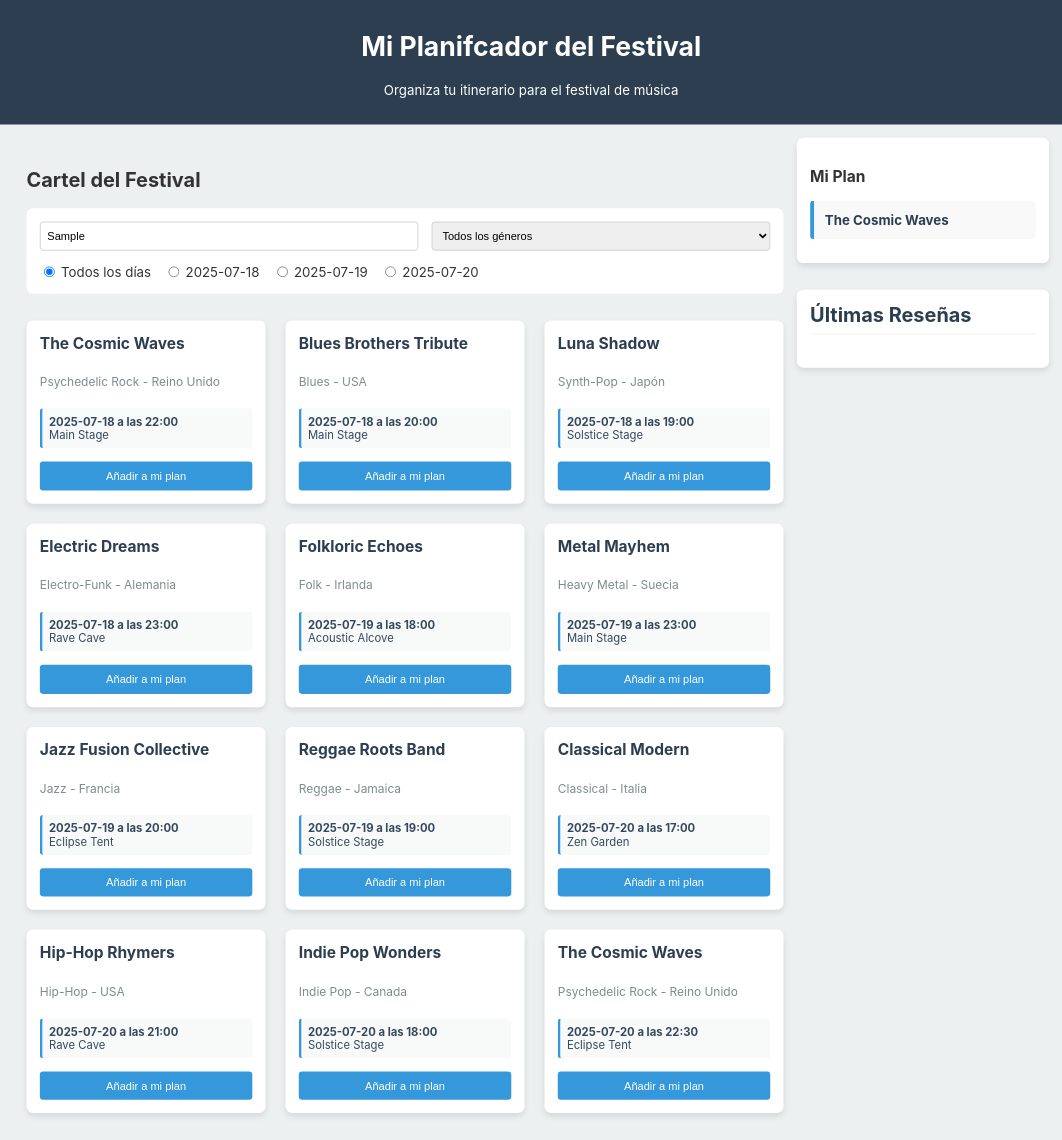
Repository: rotoforze/DWEC
Page: 2_examen_alexBernardos/index.html
These files come from the project's save history. The page is drawn as it stood at one moment and after the next save; the edit follows.
The browser window is 1280 px wide. The pictures show the whole page, at 83% of full size.
Empty fields were first filled with sample values (such as "Sample", 5 or name@example.com).
After loading, the first visible `button.add-to-plan` was clicked once.

Above is the page before, as saved 2025-12-12 12:22:07.

### 2_examen_alexBernardos/index.html
<!DOCTYPE html>
<html lang="es">
<head>
    <meta charset="UTF-8">
    <meta name="viewport" content="width=device-width, initial-scale=1.0">
    <title>Festival</title>
    <link rel="stylesheet" href="css/style.css">
</head>
<body>
    <!-- Encabezado principal de la aplicación -->
    <header>
        <h1>Mi Planifcador del Festival</h1>
        <p>Organiza tu itinerario para el festival de música</p>
    </header>

    <!-- Contenedor principal de la aplicación: organiza el dashboard y la columna derecha -->
    <div class="container">
        <!-- Sección principal del dashboard: muestra el cartel del festival y los filtros -->
        <main id="dashboard">
            <h2>Cartel del Festival</h2>
            <!-- Formulario de filtros para buscar y categorizar artistas -->
            <form id="filter-form">
                <input type="text" id="search-name" placeholder="Buscar por nombre...">
                <select id="filter-genre">
                    <option value="">Todos los géneros</option>
                    <!-- Las opciones de género se cargarán aquí dinámicamente mediante JavaScript -->
                </select>
                <div id="filter-day" class="radio-group">
                    <label><input type="radio" name="day" value="" checked> Todos los días</label>
                    <!-- Las opciones de día se cargarán aquí dinámicamente mediante JavaScript -->
                </div>
            </form>
            <!-- Contenedor donde se mostrarán las tarjetas de los artistas filtrados -->
            <div id="artist-list" class="grid-container">
                <!-- Las tarjetas de artistas se insertarán aquí por JavaScript -->
            </div>
        </main>

        <!-- Columna lateral derecha: contiene el plan del usuario y las reseñas -->
        <div class="right-column">
            <!-- Sección para el plan personalizado del usuario -->
            <aside id="my-plan-container">
                <h3>Mi Plan</h3>
                <!-- Lista donde se añadirán las actuaciones seleccionadas por el usuario -->
                <ul id="plan-list">
                    <!-- Las actuaciones añadidas aparecerán aquí por JavaScript -->
                </ul>
            </aside>
            <!-- Sección para mostrar las reseñas de los artistas -->
            <section id="reviews-section">
                <h2>Últimas Reseñas</h2>
                <!-- Contenedor donde se mostrarán las tarjetas de las reseñas -->
                <div id="reviews-list">
                    <!-- Las reseñas se insertarán aquí por JavaScript -->
                </div>
            </section>
        </div>
    </div>

    <!-- Modal para el formulario de reseña (inicialmente oculto) -->
    <div id="review-modal" class="modal-overlay" style="display: none;">
        <div class="modal-content">
            <button class="close-modal">&times;</button>
            <h3 id="modal-artist-name">Dejar reseña para...</h3>
            <!-- Formulario de reseña del artista. La validación se realiza en el cliente. -->
            <form id="review-form" novalidate>
                <div class="form-group">
                    <label>Calificación:</label>
                    <div class="star-rating">
                        <!-- Campos de radio para la calificación por estrellas (5 a 1) -->
                        <input type="radio" id="star5" name="rating" value="5" required><label for="star5" title="5 stars">★</label>
                        <input type="radio" id="star4" name="rating" value="4"><label for="star4" title="4 stars">★</label>
                        <input type="radio" id="star3" name="rating" value="3"><label for="star3" title="3 stars">★</label>
                        <input type="radio" id="star2" name="rating" value="2"><label for="star2" title="2 stars">★</label>
                        <input type="radio" id="star1" name="rating" value="1"><label for="star1" title="1 star">★</label>
                    </div>
                    <span class="error-message"></span>
                </div>
                <div class="form-group">
                    <label for="comment">Comentario:</label>
                    <textarea id="comment" name="comment" rows="4" minlength="15" required></textarea>
                    <span class="error-message"></span>
                </div>
                <div class="form-group">
                    <label for="email">Email:</label>
                    <input type="email" id="email" name="email" required>
                    <span class="error-message"></span>
                </div>
                <button type="submit">Enviar Reseña</button>
            </form>
        </div>
    </div>


    <!-- Mensaje de éxito temporal para confirmaciones de usuario (inicialmente oculto) -->
    <div id="success-message" class="success-message" style="display: none;"></div>

    <!-- Enlace al archivo JavaScript principal de la aplicación.
         El atributo 'type="module"' permite usar importaciones y exportaciones de módulos. -->
    <script src="js/main.js" type="module"></script>
</body>
</html>

### 2_examen_alexBernardos/css/style.css
/* --- GENERALES Y LAYOUT --- */
/* Este bloque define variables globales (--variable) para la paleta de colores y estilos reutilizables.
   También establece los estilos base para la página, como la fuente y la maquetación principal de dos columnas usando Flexbox. */
:root {
    --primary-color: #2c3e50;
    --secondary-color: #3498db;
    --background-color: #ecf0f1;
    --card-bg-color: #ffffff;
    --text-color: #333;
    --error-color: #e74c3c;
    --success-color: #2ecc71;
    --star-color: #f1c40f;
    --border-radius: 8px;
    --box-shadow: 0 4px 8px rgba(0, 0, 0, 0.1);
}

body {
    font-family: -apple-system, BlinkMacSystemFont, "Segoe UI", Roboto, Helvetica, Arial, sans-serif;
    margin: 0;
    background-color: var(--background-color);
    color: var(--text-color);
}

header {
    background-color: var(--primary-color);
    color: white;
    padding: 1rem 2rem;
    text-align: center;
}

.container {
    display: flex;
    flex-wrap: wrap;
    padding: 1rem;
}

main#dashboard {
    flex: 3;
    min-width: 300px;
    padding: 1rem;
}

.right-column {
    flex: 1;
    min-width: 300px;
    display: flex;
    flex-direction: column;
    gap: 2rem;
}

aside#my-plan-container {
    background-color: var(--card-bg-color);
    padding: 1rem;
    border-radius: var(--border-radius);
    box-shadow: var(--box-shadow);
}

/* --- FORMULARIO DE FILTROS --- */
/* Estilos para el formulario que permite al usuario buscar y filtrar artistas. */
#filter-form {
    display: flex;
    flex-wrap: wrap;
    gap: 1rem;
    margin-bottom: 2rem;
    background-color: var(--card-bg-color);
    padding: 1rem;
    border-radius: var(--border-radius);
}

#filter-form input[type="text"],
#filter-form select {
    padding: 0.5rem;
    border: 1px solid #ccc;
    border-radius: 4px;
    flex-grow: 1;
}

.radio-group {
    display: flex;
    gap: 1rem;
    align-items: center;
}

/* --- TARJETAS DE ARTISTAS --- */
/* Define el layout de parrilla para las tarjetas de artistas y el estilo de cada tarjeta individual,
   incluyendo efectos visuales como sombras y animaciones al pasar el ratón. */
.grid-container {
    display: grid;
    grid-template-columns: repeat(auto-fill, minmax(220px, 1fr));
    gap: 1.5rem;
}

.artist-card {
    background: var(--card-bg-color);
    border-radius: var(--border-radius);
    box-shadow: var(--box-shadow);
    padding: 1rem;
    transition: transform 0.2s, box-shadow 0.2s;
    display: flex;
    flex-direction: column;
}

.artist-card:hover {
    transform: translateY(-5px);
    box-shadow: 0 8px 16px rgba(0, 0, 0, 0.15);
}

.artist-card h3 {
    margin-top: 0;
    color: var(--primary-color);
}

.artist-card p {
    font-size: 0.9rem;
    color: #7f8c8d;
    margin: 0.5rem 0;
}

.card-schedule-info {
    font-size: 0.85rem;
    color: #34495e;
    background-color: #f8f9f9;
    padding: 0.5rem;
    border-radius: 4px;
    margin: 1rem 0;
    border-left: 3px solid var(--secondary-color);
}

.card-schedule-info span {
    display: block;
}

.card-schedule-info span:first-child {
    font-weight: bold;
}

.artist-card button {
    background-color: var(--secondary-color);
    color: white;
    border: none;
    padding: 0.6rem 1rem;
    border-radius: 4px;
    cursor: pointer;
    width: 100%;
    margin-top: auto; /* Empuja el botón al final */
    transition: background-color 0.2s;
}

.artist-card button:hover {
    background-color: #2980b9;
}

/* --- SECCIÓN "MI PLAN" --- */
/* Estilos para la lista de actuaciones que el usuario ha seleccionado.
   Incluye el estilo de cada elemento de la lista y sus botones de acción (Eliminar, Dejar reseña). */
#plan-list {
    list-style-type: none;
    padding: 0;
    margin: 0;
}

#plan-list li {
    background-color: #f9f9f9;
    padding: 0.8rem;
    margin-bottom: 0.8rem;
    border-radius: 4px;
    border-left: 5px solid var(--secondary-color);
    position: relative;
}

#plan-list .plan-item-info strong {
    display: block;
    color: var(--primary-color);
}

#plan-list .plan-item-info span {
    font-size: 0.85rem;
    color: #7f8c8d;
}

#plan-list .plan-item-actions {
    margin-top: 0.5rem;
    display: flex;
    gap: 0.5rem;
}

.plan-item-actions button {
    font-size: 0.75rem;
    padding: 0.3rem 0.6rem;
    border-radius: 3px;
    cursor: pointer;
    border: 1px solid;
}

.btn-delete {
    border-color: var(--error-color);
    color: var(--error-color);
    background: transparent;
}
.btn-review {
    border-color: var(--secondary-color);
    color: var(--secondary-color);
    background: transparent;
}
.btn-review:disabled {
    border-color: #ccc;
    color: #ccc;
    cursor: not-allowed;
}


/* --- MODAL --- */
/* Estilos para la ventana modal que aparece superpuesta.
   Define la capa de fondo oscura y el contenedor del contenido del modal. */
.modal-overlay {
    position: fixed;
    top: 0;
    left: 0;
    width: 100%;
    height: 100%;
    background-color: rgba(0, 0, 0, 0.6);
    display: flex;
    justify-content: center;
    align-items: center;
    z-index: 1000;
}

.modal-content {
    background: white;
    padding: 2rem;
    border-radius: var(--border-radius);
    width: 90%;
    max-width: 500px;
    position: relative;
}

.close-modal {
    position: absolute;
    top: 1rem;
    right: 1rem;
    background: none;
    border: none;
    font-size: 1.5rem;
    cursor: pointer;
}

/* --- FORMULARIO DE RESEÑA --- */
/* Define los estilos para el formulario dentro del modal, incluyendo los campos de entrada,
   los mensajes de error de validación y el sistema de calificación por estrellas. */
#review-form .form-group {
    margin-bottom: 1rem;
}

#review-form label {
    display: block;
    margin-bottom: 0.3rem;
}

#review-form input,
#review-form textarea {
    width: 100%;
    padding: 0.5rem;
    border: 1px solid #ccc;
    border-radius: 4px;
    box-sizing: border-box;
}

#review-form button {
    background-color: var(--success-color);
    color: white;
    padding: 0.7rem 1.5rem;
    border: none;
    border-radius: 4px;
    cursor: pointer;
}
.error-message {
    color: var(--error-color);
    font-size: 0.8rem;
    height: 1rem;
    display: block;
}
input:invalid, textarea:invalid {
    border-color: var(--error-color);
}

/* Star Rating: Implementación de calificación por estrellas con inputs de radio y CSS. */
.star-rating {
    display: flex;
    flex-direction: row-reverse;
    justify-content: flex-end;
}

.star-rating input[type="radio"] {
    display: none;
}

.star-rating label {
    color: #ccc;
    cursor: pointer;
    font-size: 2rem;
    margin: 0;
}

.star-rating input[type="radio"]:checked ~ label,
.star-rating label:hover,
.star-rating label:hover ~ label {
    color: var(--star-color);
}

/* --- MENSAJE DE ÉXITO --- */
/* Estilos para la notificación flotante que aparece tras enviar una reseña. */
.success-message {
    position: fixed;
    bottom: 20px;
    left: 50%;
    transform: translateX(-50%);
    background-color: var(--success-color);
    color: white;
    padding: 1rem 2rem;
    border-radius: var(--border-radius);
    z-index: 1001;
    box-shadow: var(--box-shadow);
}


/* --- SECCIÓN DE RESEÑAS --- */
/* Estilos para la sección que muestra las reseñas enviadas y el formato de cada tarjeta de reseña. */
#reviews-section {
    background-color: var(--card-bg-color);
    padding: 1rem;
    border-radius: var(--border-radius);
    box-shadow: var(--box-shadow);
}

#reviews-section h2 {
    text-align: left;
    margin-top: 0;
    margin-bottom: 1.5rem;
    padding-bottom: 0.5rem;
    border-bottom: 1px solid #eee;
    color: var(--primary-color);
}

#reviews-list {
    display: flex;
    flex-direction: column;
    gap: 1rem;
}

.review-card {
    background: #f9f9f9;
    border-radius: var(--border-radius);
    padding: 1rem;
    display: flex;
    flex-direction: column;
    border-left: 5px solid var(--secondary-color);
}

.review-card h4 {
    margin: 0 0 0.5rem 0;
    color: var(--primary-color);
}

.review-card-rating {
    color: var(--star-color);
    font-size: 1.2rem;
    margin-bottom: 1rem;
}

.review-card-comment {
    font-style: italic;
    color: #555;
    margin: 0;
}


/* --- RESPONSIVE --- */
/* Contiene las Media Queries para adaptar el diseño a diferentes tamaños de pantalla,
   como apilar las columnas en dispositivos móviles. */
@media (max-width: 992px) {
    .container {
        flex-direction: column;
    }
    .right-column {
        margin-top: 2rem;
        gap: 2rem;
    }
}

### 2_examen_alexBernardos/js/main.js
// js/main.js

import { cargarDatos } from "./dataManager.js";

function init(){
    // iniciamos la app
    console.log('%c Iniciando...', "color:green;");

    cargarDatos();

}


document.addEventListener('DOMContentLoaded', init);

### 2_examen_alexBernardos/js/dataManager.js
import { addFecha, renderTarjetas } from "./renderer.js";

let horarios;
let horariosFiltrados;
let artistas;
let escenarios;
let generos = [];
let fechas = [];

/**
 * Carga los datos de los JSON, añade el contenido y pone los eventos.
 * Básicamente carga todo...
 */
export async function cargarDatos() {

    console.log('%c Cargando datos de horarios.json, artistas.json, escenarios.json.', 'color:blue;');
    // guardo los horarios
    horarios = await fetchRute("./data/horarios.json");
    // guardo los artistas
    artistas = await fetchRute("./data/artistas.json");
    // guardo los escenarios
    escenarios = await fetchRute("./data/escenarios.json");
    console.log('%c Datos de horarios.json, artistas.json, escenarios.json, cargados correctamente.', 'color:blue;');

    sacarGeneros();
    ponerGenerosEnSelect();
    ponerFechas();
    document.querySelector('#search-name').addEventListener('input', filtrar);
    filtrar();
}

/**
 * Saca los generos de los artistas y los mete en un array
 * no admite duplicados
 */
function sacarGeneros() {
    for (const artista of artistas) {
        if (!generos.includes(artista.genero)) {
            generos.push(artista.genero);
        }
    }
}

/**
 * Pone los generos en el select.
 */
function ponerGenerosEnSelect() {
    const listaGeneros = document.querySelector('#filter-genre');
    generos.map((genero, clave) => {
        listaGeneros.innerHTML += (`
            <option value="${clave}">${genero}</option>
            `);
    });
    listaGeneros.addEventListener('input', filtrar)
}
/**
 * Separa las fechas únicas y llama a addFecha para meter las fechas en el DOM
 * Después se encarga de poner los eventos.
 */
function ponerFechas() {
    for (const horario of horarios) {
        if (!fechas.includes(horario.dia)) {
            fechas.push(horario.dia);
        }
    }
    for (const fecha of fechas) {
        addFecha(fecha);
    }

    document.querySelectorAll('[name="day"]').forEach((radioBtn) => {
        radioBtn.addEventListener("click", filtrar)
    })
}

/**
 * Recibe un id de un artista y devuelve el objeto correspondiente
 *
 * @param {String} id
 * @returns {object}
 */
export function getArtista(id) {
    for (const artista of artistas) {
        if (artista.id == id) {
            return artista;
        }
    }
}

/**
 * Recibe un id de un escenario y devuelve el objeto correspondiente
 *
 * @param {String} id
 * @returns {object}
 */
export function getEscenario(id) {
    for (const escenario of escenarios) {
        if (escenario.id == id) {
            return escenario;
        }
    }
}

/**
 * Recibe un id de artista, un id de escenario y una fecha
 * y devuelve el objeto que coinicida con esas especificaciones
 *
 * @param {String} artistaId
 * @param {String} escenarioId
 * @param {String} dia
 * @returns {Object}
 */
export function getHorario(artistaId, escenarioId, dia) {
        for (const horario of horarios) {
        if (horario.artistaId == artistaId && horario.escenarioId == escenarioId
            && horario.dia == dia) {
            return horario;
        }
    }
}

/**
 * Filtra y renderiza los horarios
 */
function filtrar() {
    console.log("%c Filtrando...", "color:green;")
    horariosFiltrados = horarios;
    // filtro por fecha
    const fecha = document.querySelector("form").day.value;
    if (fecha) {
        horariosFiltrados = horariosFiltrados.filter((horario) => {
            if (horario.dia == fecha) return horario;
        });
    }
    // filtro por genero
    const generoActual = generos[document.querySelector('#filter-genre').value];
    if (generoActual) {
        horariosFiltrados = horariosFiltrados.filter((horario) => {
            if (getArtista(horario.artistaId).genero == generoActual) {
                return horario;
            }
        })
    }

    // filtro por busqueda
    const busqueda = document.querySelector('#search-name').value;
    if (busqueda) {
        console.log(busqueda)
        horariosFiltrados = horariosFiltrados.filter((horario) => {
            console.log(getArtista(horario.artistaId).nombre.toLowerCase())
            if (getArtista(horario.artistaId).nombre.toLowerCase().includes(busqueda.toLowerCase())) {
                return horario;
            }
        })
    }

    renderTarjetas(horariosFiltrados);
}

/**
 * Recibe una ruta, usando una promesa, hace un fetch y devuelve su resultado.
 *
 * @param {File} rute
 */
async function fetchRute(rute) {
    return new Promise((resolve, reject) =>
        fetch(rute)
            .then(resp => resp.json())
            .then((data) => resolve(data))
            .catch((error) => reject(error)));
}

### 2_examen_alexBernardos/js/renderer.js
import { getArtista, getEscenario, getHorario } from "./dataManager.js";
/**
 * Recibe los horarios y usando la función nuevatarjeta, los crea y añade al dom
 *
 * @param {Object} horarios
 */
export function renderTarjetas(horarios) {
    const contenedor = document.querySelector("#artist-list");
    contenedor.innerHTML = "";
    if (horarios.length == 0) {
        contenedor.innerHTML += (`<h3>No hay coincidencias para los filtros.</h3>`);

    }else {
        for (const horario of horarios) {
            contenedor.innerHTML += nuevaTarjeta(horario.artistaId, horario.dia,
                                        horario.horaInicio, horario.escenarioId);
        }
        document.querySelectorAll('.add-to-plan').forEach((btn) => {
            btn.addEventListener('click', () => {
                const horario = getHorario(btn.getAttribute('data-artistaid'),
                btn.getAttribute('data-escenarioid'), btn.getAttribute('data-fecha'));
                if (horario) {
                    addPlan(horario);
                }
            })
        });
    }
}

/**
 * Crea el contenido html con los datos recibidos y lo devuelve.
 *
 * @param {String} artistaId
 * @param {String} dia
 * @param {String} horaInicio
 * @param {String} escenarioId
 * @returns {HTMLElement}
 */
function nuevaTarjeta(artistaId, dia, horaInicio, escenarioId) {
    return (`
        <div class="artist-card">
            <h3>${getArtista(artistaId).nombre}</h3>
            <p>${getArtista(artistaId).genero} - ${getArtista(artistaId).pais}</p>
            <div class="card-schedule-info">
                <span>${dia} a las ${horaInicio}</span>
                <span>${getEscenario(escenarioId).nombre}</span>
            </div>
            <button class="add-to-plan" data-artistaId="${artistaId}"
            data-escenarioId="${escenarioId}" data-fecha="${dia}">Añadir a mi plan</button>
        </div>
        `);
}

/**
 *
 * Recibe un artista
 *
 * @param {String} artistaId
 */
function addPlan(horario) {
    document.querySelector("#plan-list").innerHTML += (`
        <li class="plan-item-info">
            <strong>${getArtista(horario.artistaId).nombre}</strong>
        </li>
        `);
}

/**
 * Recibe una fecha y la añade al dom como radiobutton
 *
 * @param {String} fecha
 */
export function addFecha(fecha) {
    document.querySelector('#filter-day').innerHTML += (`
        <label>
            <input type="radio" name="day" value="${fecha}">
            ${fecha}
        </label>
        `);
}

### 2_examen_alexBernardos/data/escenarios.json
[
  {
    "id": "e1",
    "nombre": "Solstice Stage",
    "capacidad": 15000,
    "ubicacion": "Zona Norte"
  },
  {
    "id": "e2",
    "nombre": "Eclipse Tent",
    "capacidad": 5000,
    "ubicacion": "Zona Oeste"
  },
  {
    "id": "e3",
    "nombre": "Zen Garden",
    "capacidad": 3000,
    "ubicacion": "Zona Sur"
  },
  {
    "id": "e4",
    "nombre": "Rave Cave",
    "capacidad": 7000,
    "ubicacion": "Zona Este"
  },
  {
    "id": "e5",
    "nombre": "Acoustic Alcove",
    "capacidad": 1000,
    "ubicacion": "Centro"
  },
  {
    "id": "e6",
    "nombre": "Main Stage",
    "capacidad": 20000,
    "ubicacion": "Entrada Principal"
  },
  {
    "id": "e7",
    "nombre": "Chill Zone",
    "capacidad": 2000,
    "ubicacion": "Junto al Lago"
  },
  {
    "id": "e8",
    "nombre": "Groove Ground",
    "capacidad": 6000,
    "ubicacion": "Área de Comida"
  },
  {
    "id": "e9",
    "nombre": "Tech Temple",
    "capacidad": 4000,
    "ubicacion": "Bosque"
  },
  {
    "id": "e10",
    "nombre": "Vibe Village",
    "capacidad": 2500,
    "ubicacion": "Campamento"
  }
]

Loaded but not shown: 2_examen_alexBernardos/data/artistas.json (90 lines, source omitted); 2_examen_alexBernardos/data/horarios.json (86 lines, source omitted)

After the next save:
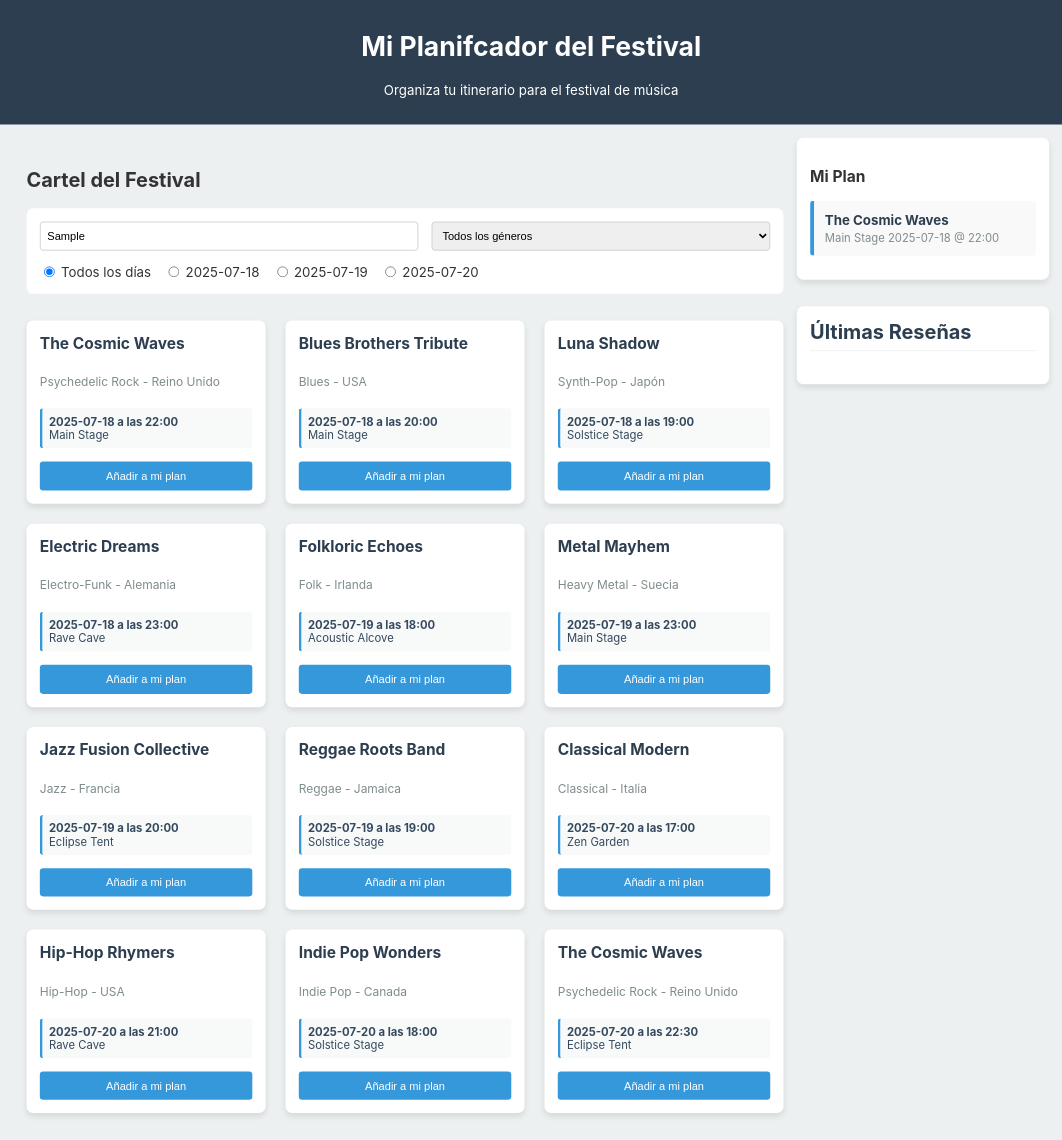
Saved 51 s later.
--- a/2_examen_alexBernardos/js/renderer.js
+++ b/2_examen_alexBernardos/js/renderer.js
@@ -61,6 +61,7 @@ function addPlan(horario) {
     document.querySelector("#plan-list").innerHTML += (`
         <li class="plan-item-info">
             <strong>${getArtista(horario.artistaId).nombre}</strong>
+            <span>${getEscenario(horario.escenarioId).nombre} ${horario.dia} @ ${horario.horaInicio}</span>
         </li>
         `);
 }
